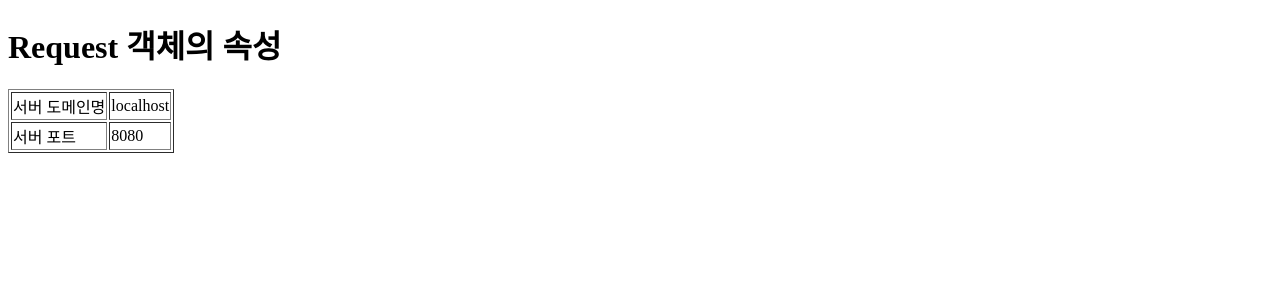
Repository: kvmhyvmvn/Study_JspServlet
Page: http://localhost/04.Implicit/Ex01_Request/Ex00_IntoRequest.jsp
An editor plug-in stored every save of this project. The page is shown before and after the next save, followed by the edit.
The browser window is 1280 px wide. The pictures show the whole page.
The page is served by Tomcat 9.

Above is the page before, as saved 2023-05-22 01:38:03.

After the next save:
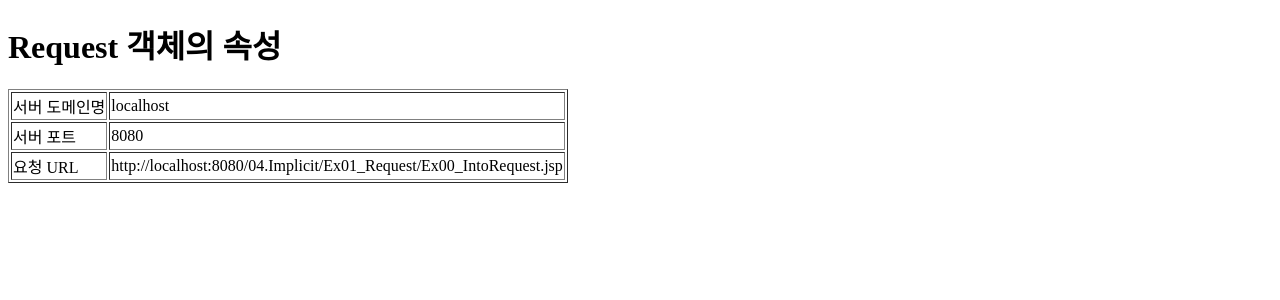
Saved 44 s later.
--- a/WorkSpace/04.Implicit/src/main/webapp/Ex01_Request/Ex00_IntoRequest.jsp
+++ b/WorkSpace/04.Implicit/src/main/webapp/Ex01_Request/Ex00_IntoRequest.jsp
@@ -17,6 +17,10 @@
 			<td> 서버 포트 </td>
 			<td> <%=request.getServerPort() %></td>
 		</tr>
+		<tr>
+			<td> 요청 URL </td>
+			<td> <%=request.getRequestURL() %></td>
+		</tr>
 	</table>
 </body>
 </html>
